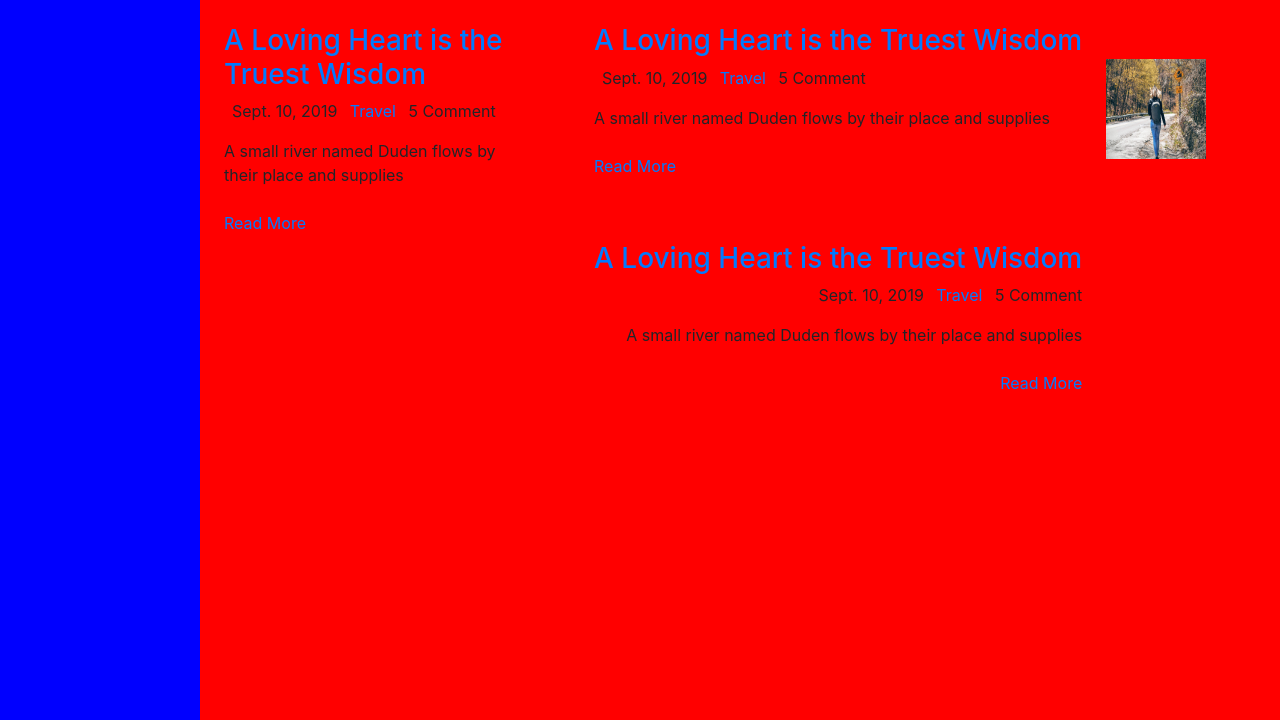
Repository: tts2610/GoogleNews
Page: index.html
These files come from the project's save history. The page is drawn as it stood at one moment and after the next save; the edit follows.
The browser window is 1280 px wide. The pictures show the whole page.
The page's requests for data from a server got no answer.

Above is the page before, as saved 2020-05-20 13:36:51.

After the next save:
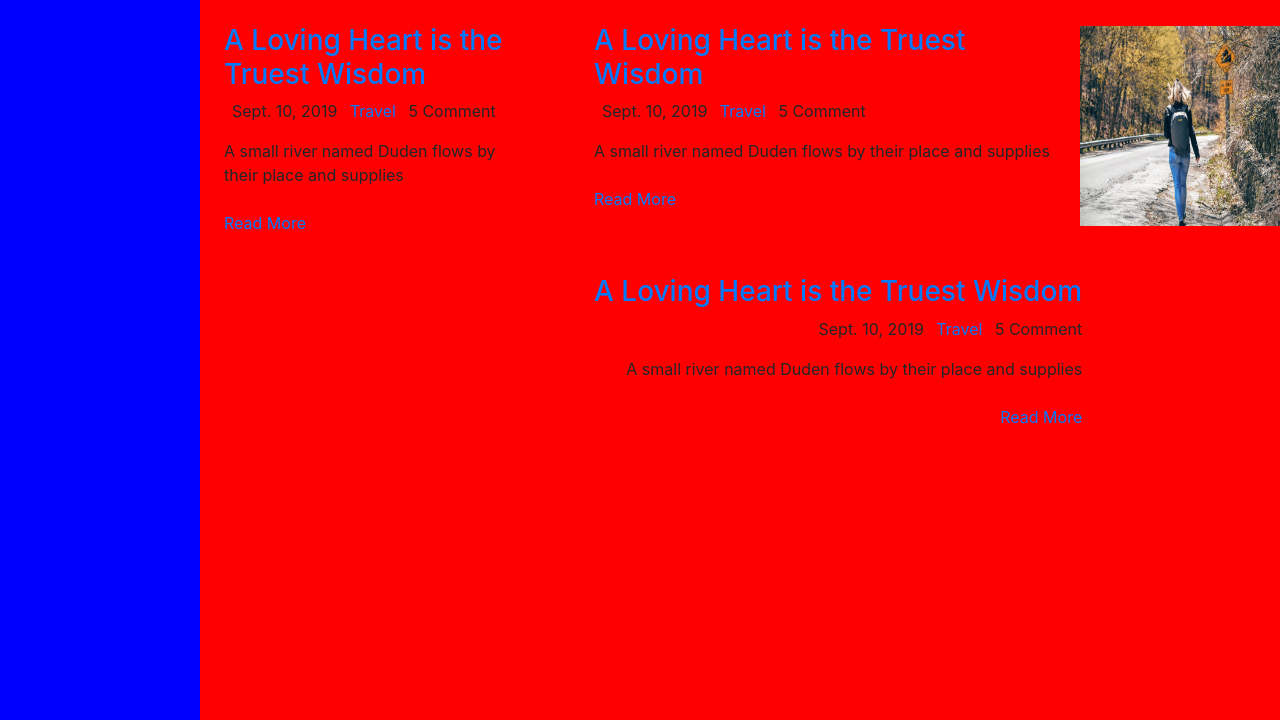
Saved 11 s later.
--- a/index.html
+++ b/index.html
@@ -66,7 +66,7 @@
                                     <p class="mb-4">A small river named Duden flows by their place and supplies</p>
                                     <p><a href="#" class="btn-custom">Read More <span class="ion-ios-arrow-forward"></span></a></p>
                                 </div>
-                                <div class="news-img"><img src="img/image_8.jpg" width="100" height="100"></div>
+                                <div class="news-img"><img src="img/image_8.jpg" width="200" height="200"></div>
                             </div>
                         </div>
                         <div class="col-md-12">
